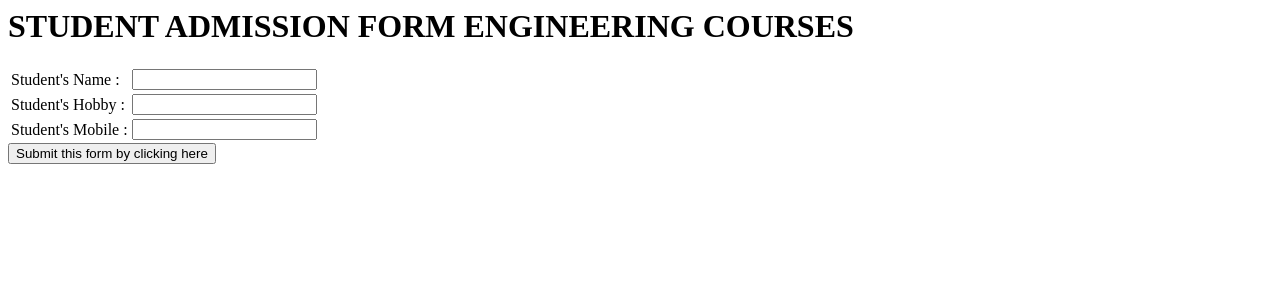
Repository: ahmedLajmi/TestApp
Page: http://localhost/FirstApp/admissionForm
These files come from the project's save history. The page is drawn as it stood at one moment and after the next save; the edit follows.
The browser window is 1280 px wide. The pictures show the whole page.
The page is served by Tomcat 9.

Above is the page before, as saved 2019-02-06 15:20:06.

After the next save:
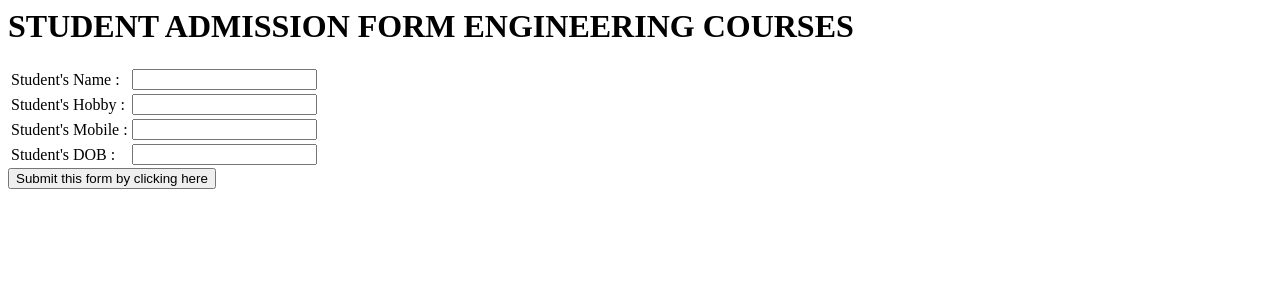
Saved 36 s later.
--- a/FirstApp/WebContent/WEB-INF/AdmissionForm.jsp
+++ b/FirstApp/WebContent/WEB-INF/AdmissionForm.jsp
@@ -16,6 +16,10 @@
 					<td>Student's Mobile :</td>
 					<td><input type="text" name="studentMobile" ></td>
 				</tr>
+				<tr>
+					<td>Student's DOB :</td>
+					<td><input type="text" name="studentDOB" ></td>
+				</tr>
 
 			</table>
 			<input type="submit" value="Submit this form by clicking here"  />
